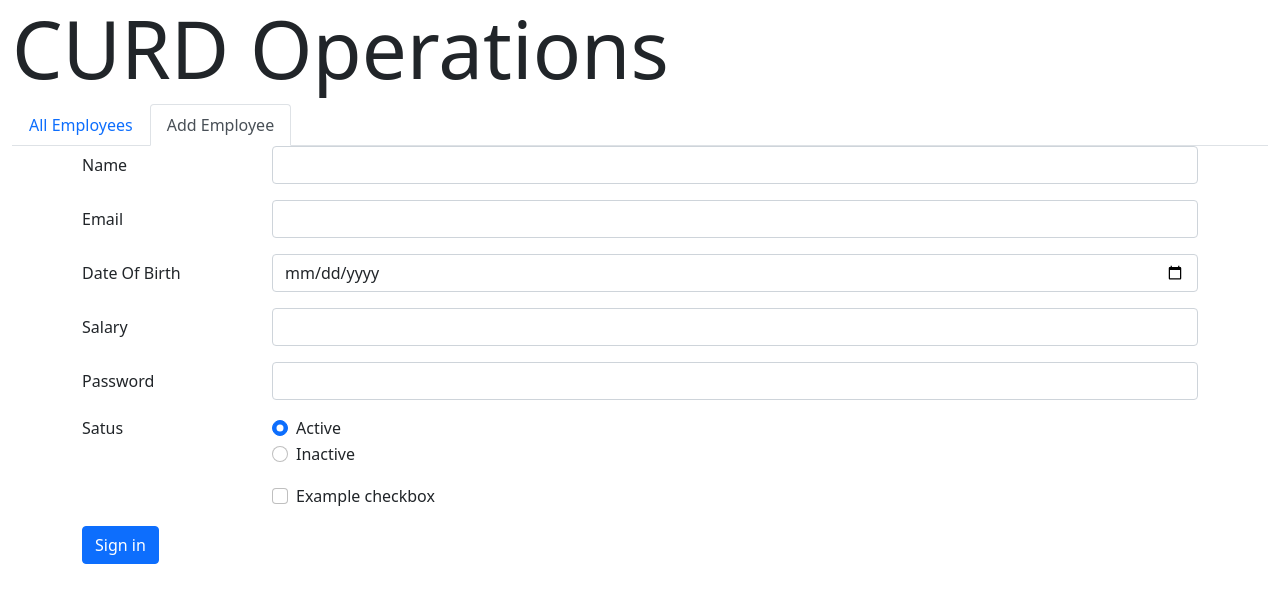
Repository: code8sam/SpringAndSpringBoot
Page: http://localhost/curdoperationsusingmvc/WEB-INF/views/insertEmployeeForm.jsp
These files come from the project's save history. The page is drawn as it stood at one moment and after the next save; the edit follows.
The browser window is 1280 px wide. The pictures show the whole page.
The page is served by Tomcat 9. Nobody is signed in. The template is opened directly, without the code that normally fills it, so the values that code supplies are empty.

Above is the page before, as saved 2022-04-08 12:00:20.

After the next save:
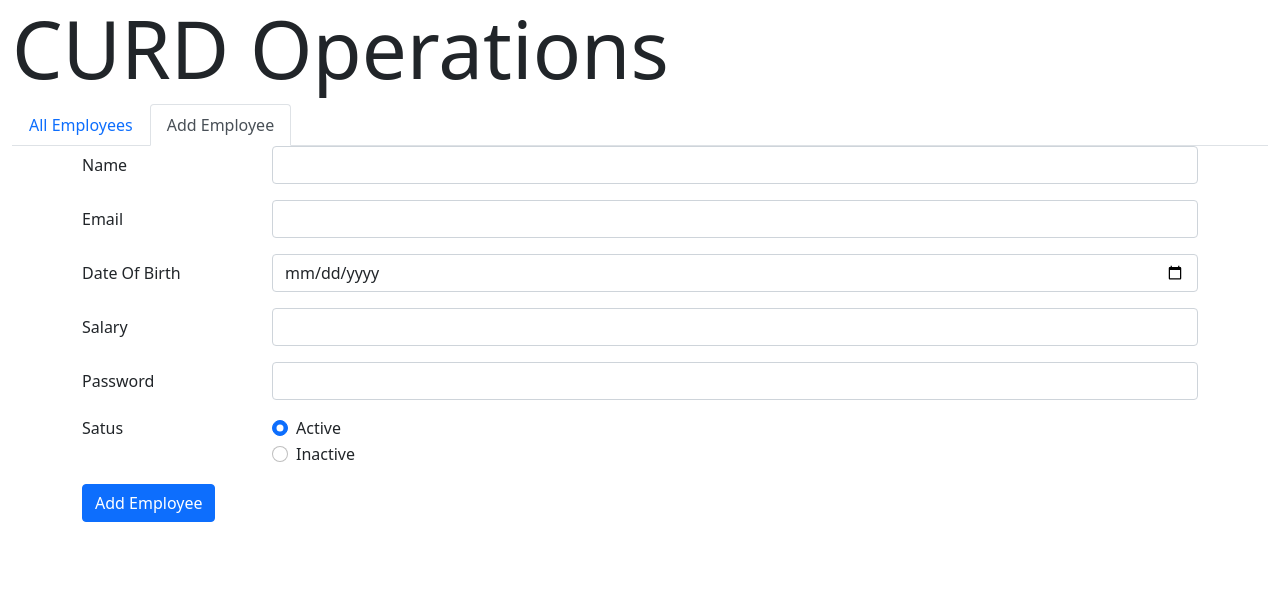
Saved 44 s later.
--- a/springs/HESE7/curdoperationsusingmvc/src/main/webapp/WEB-INF/views/insertEmployeeForm.jsp
+++ b/springs/HESE7/curdoperationsusingmvc/src/main/webapp/WEB-INF/views/insertEmployeeForm.jsp
@@ -75,17 +75,8 @@
 		      </div>
 		    </div>
 		  </fieldset>
-		  <div class="row mb-3">
-		    <div class="col-sm-10 offset-sm-2">
-		      <div class="form-check">
-		        <input class="form-check-input" type="checkbox" id="gridCheck1">
-		        <label class="form-check-label" for="gridCheck1">
-		          Example checkbox
-		        </label>
-		      </div>
-		    </div>
-		  </div>
-		  <button type="submit" class="btn btn-primary">Sign in</button>
+
+		  <button type="submit" class="btn btn-primary">Add Employee</button>
 		</form>
 		</div>
 
